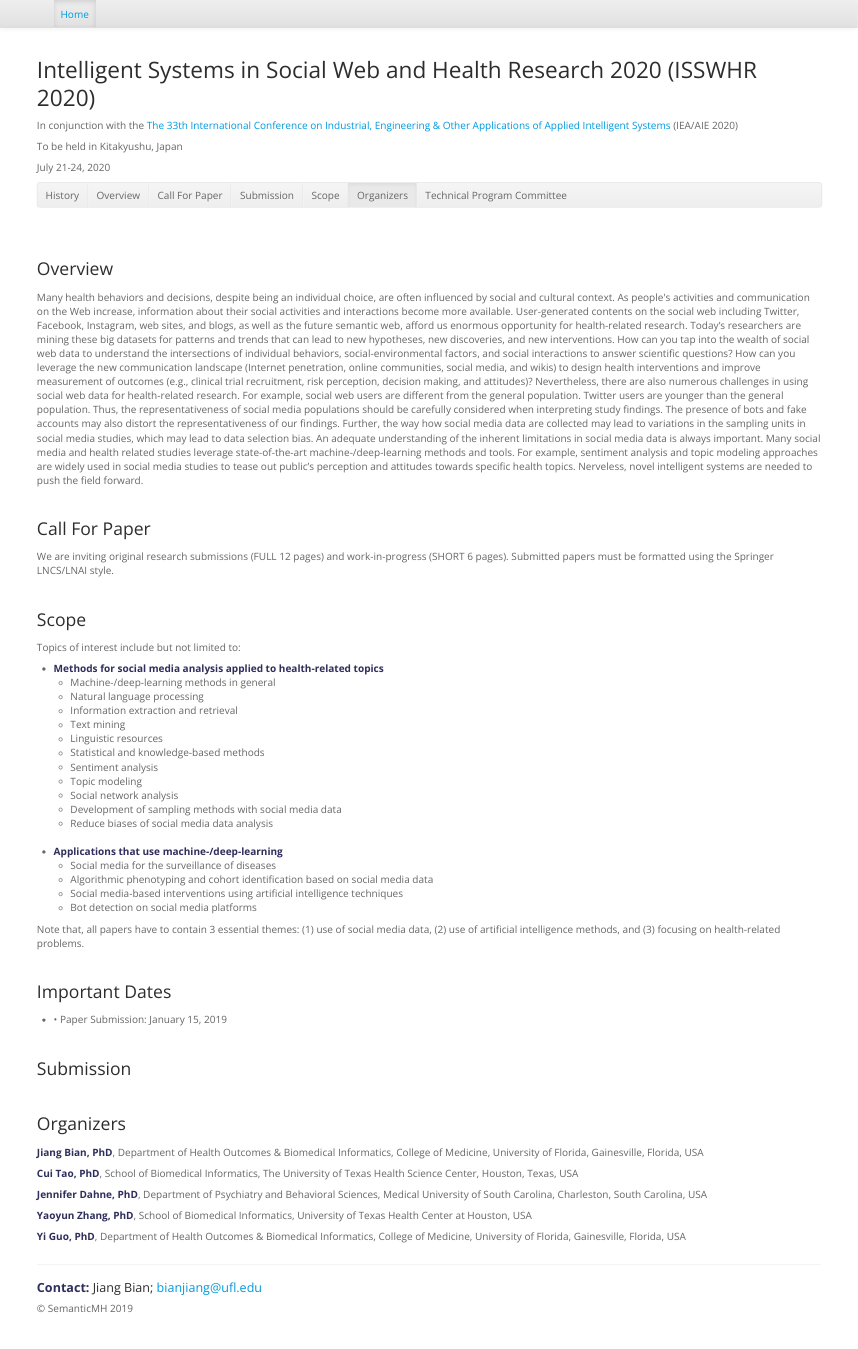
Repository: bianjiang/semantics-powered.org
Page: ISSWHR-2020/index.html
The author's editor kept a copy of each file at every save. The page is drawn from the files as they stood at one save, then again after a run of saves.
The browser window is 1280 px wide. The pictures show the whole page, at 67% of full size.
Some web libraries are served in a nearby version.

Above is the page before, as saved 2019-10-26 17:07:33.
Console error (its wording comes from the project's code and is left out).

After the next 4 saves:
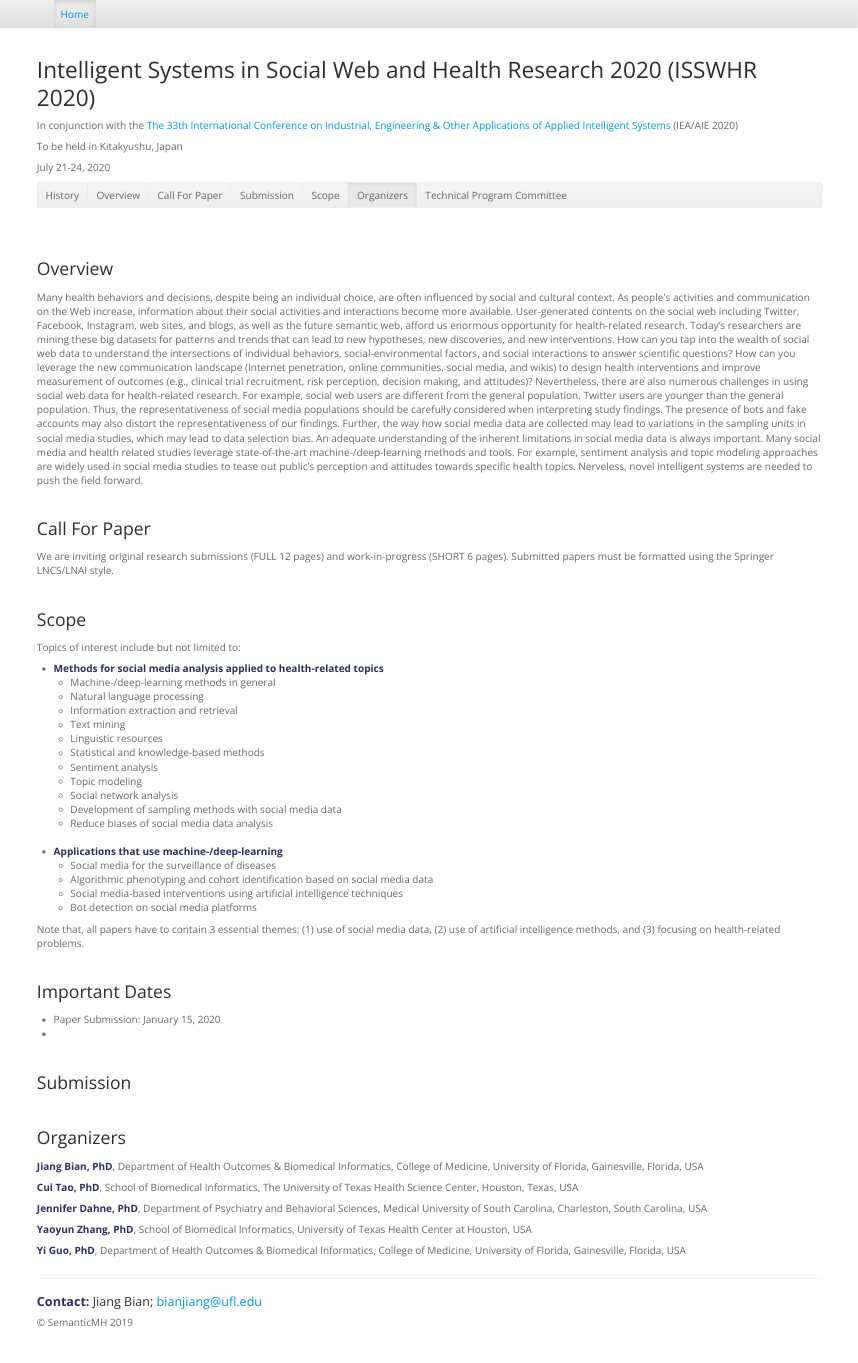
The 4 saves are shown as one change because they came seconds apart.
The last was saved 12 s later.
--- a/ISSWHR-2020/index.html
+++ b/ISSWHR-2020/index.html
@@ -190,7 +190,8 @@
             <div class="span12">
               <h3>Important Dates</h3>
               <ul>
-                <li>•	Paper Submission: January 15, 2019</li>
+                <li>Paper Submission: January 15, 2020</li>
+                <li></li>
               </ul>
             </div>
           </div>
